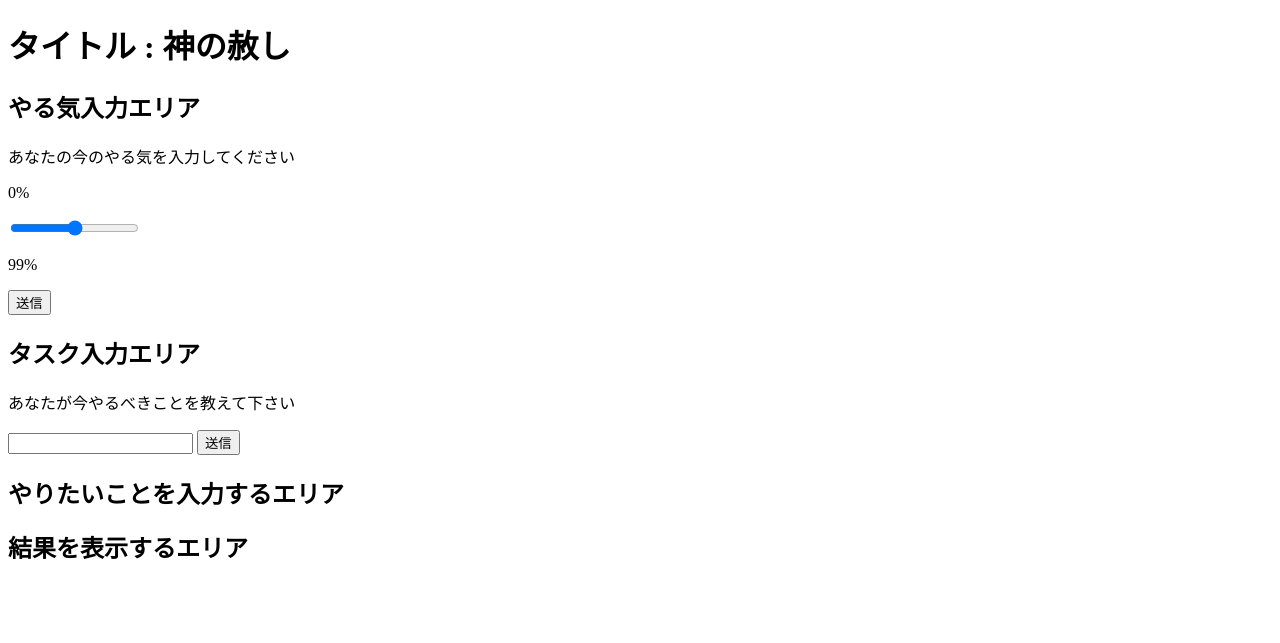
Repository: masa0306/god_forgiveness
Page: index.html
The author's editor kept a copy of each file at every save. The page is drawn from the files as they stood at one save, then again after the next save.
The browser window is 1280 px wide. The pictures show the whole page.

Above is the page before, as saved 2024-05-14 23:15:13.

### index.html
<!DOCTYPE html>
<html lang="en">
<head>
    <meta charset="UTF-8">
    <meta name="viewport" content="width=device-width, initial-scale=1.0">
    <title>Document</title>
</head>
<body>
<!-- タイトルトップ -->
<!-- 神の許しを請うボタンを設置し、それを押すと始まるイメージ -->
    <div><h1>タイトル : 神の赦し</h1></div>
    <!-- やる気を入力するエリア -->
    <div>
        <h2>やる気入力エリア</h2>
        <p>あなたの今のやる気を入力してください</p>
        <p>0%</p>
        <input type="range" name="motivation" min="0" max="99" id="motivationValue">
        <p>99%</p>
        <button id="sendMotivation">送信</button>
    </div>

    <div><h2>タスク入力エリア</h2></div>
        <p>あなたが今やるべきことを教えて下さい</p>
        <input type="text" name="toDo"id="toDo">
        <button id="sendToDo">送信</button>

    <div>
        <h2>やりたいことを入力するエリア</h2>

    </div>

    <div>
        <h2>結果を表示するエリア</h2>
    </div>
    <script src="https://ajax.googleapis.com/ajax/libs/jquery/3.7.0/jquery.min.js"></script>
    <script src="/js/script.js"></script>

</body>
</html>

### js/script.js
// やる気の取得
function motivation() {
    $('#sendMotivation').on("click",function(){
        motivation=$("#motivationValue").val()
        console.log(motivation);
    })
};


// やるべきことの取得
function toDo() {
    $('#sendToDo').on("click",function(){
        toDo=$("#toDo").val()
        console.log(toDo);
    })
};

// 最初に読み込むドキュメント
$(document).ready(function() {
    motivation();
    toDo();
});

After the next save:
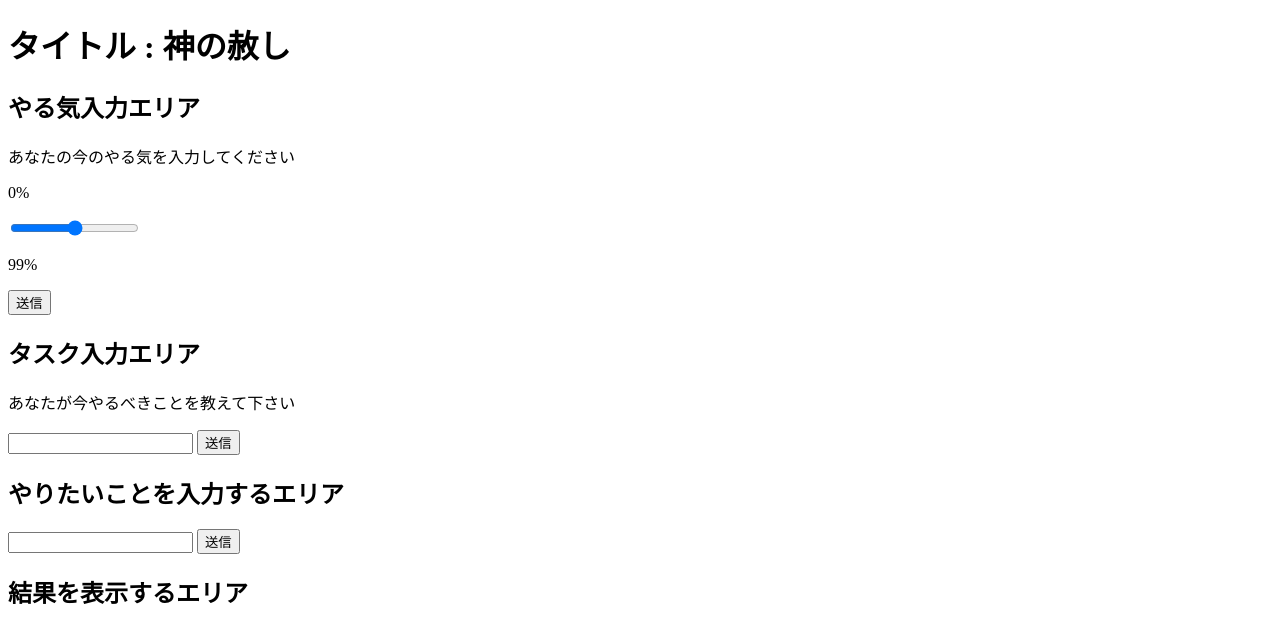
Saved 8 s later.
--- a/index.html
+++ b/index.html
@@ -26,7 +26,8 @@
 
     <div>
         <h2>やりたいことを入力するエリア</h2>
-
+        <input type="text" name="toDo"id="toDo">
+        <button id="sendToDo">送信</button>
     </div>
 
     <div>
